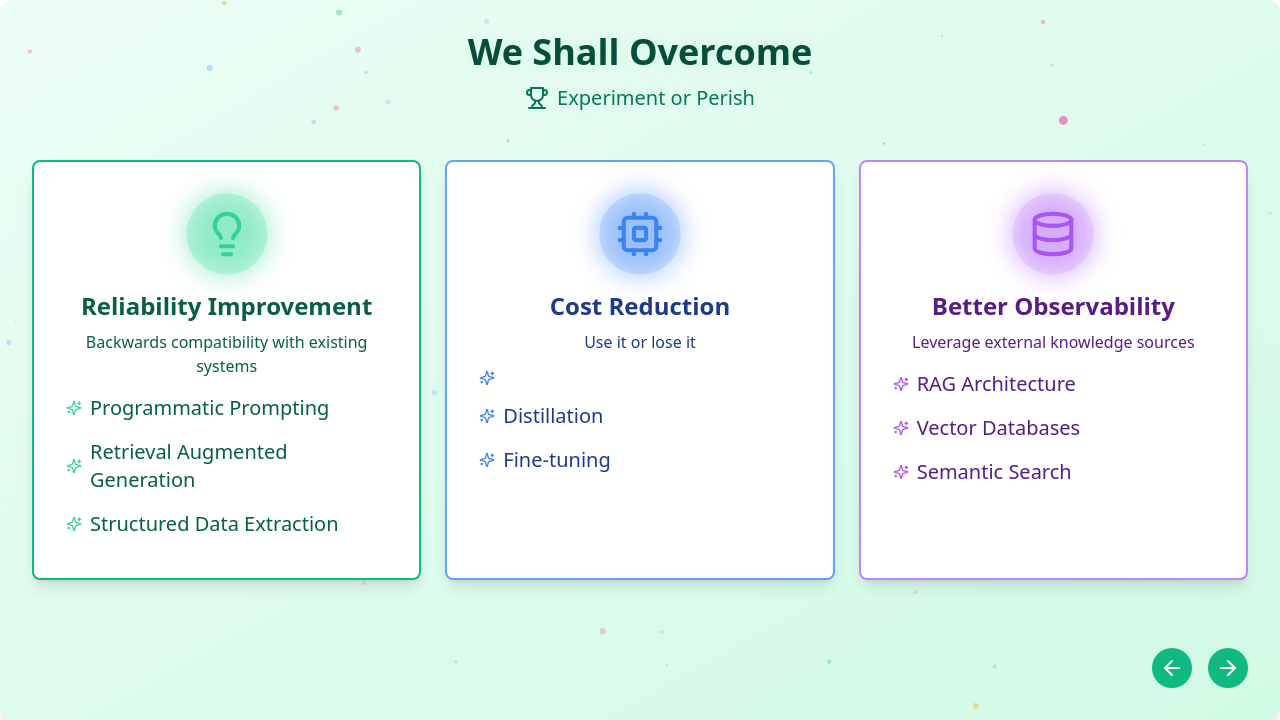
Repository: Galbaz1/dell_presentation
Page: /slide5
The author's editor kept a copy of each file at every save. The page is drawn from the files as they stood at one save, then again after the next save.
The browser window is 1280 px wide. The pictures show the whole page.
The project was rebuilt for these pictures with package versions that can differ from the ones it lists, and the page was loaded fresh each time. The framework's server and built-in components were replaced by stand-ins that run in the browser. Also part of the build but not shown: styles/animations/slide1.css, styles/animations/slide2.css.

Above is the page before, as saved 2024-11-12 14:34:09.

After the next save:
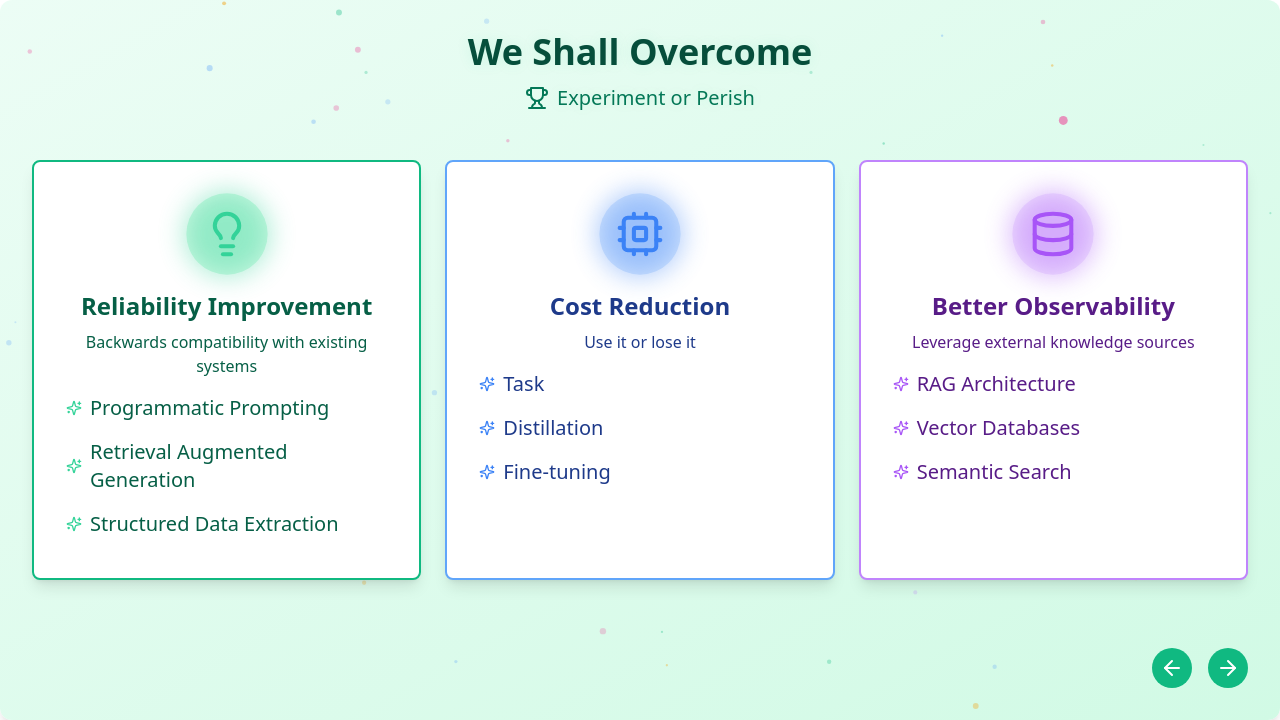
Saved 4 s later.
--- a/pages/slide5.tsx
+++ b/pages/slide5.tsx
@@ -89,7 +89,7 @@ const Slide5: React.FC = () => {
       description: "Use it or lose it",
 
       items: [
-        "",
+        "Task",
         "Distillation",
         "Fine-tuning"
       ]
